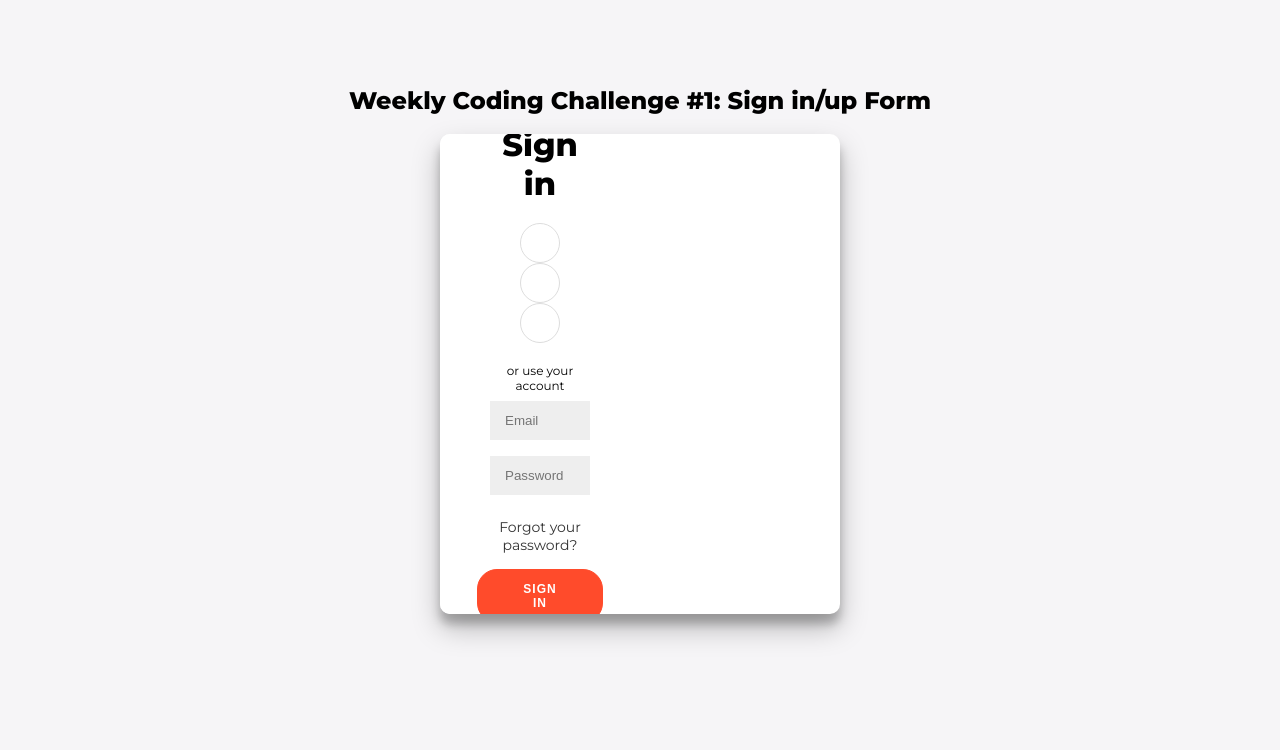
Repository: pvntlc/D-IT-Tech-Internship
Page: Servlet_JSP/Day4/src/main/webapp/login.html
These files come from the project's save history. The page is drawn as it stood at one moment and after the next save; the edit follows.
The browser window is 1280 px wide. The pictures show the whole page.

Above is the page before, as saved 2023-09-14 05:11:33.
Console error: TypeError: Cannot read properties of null (reading 'addEventListener')

### Servlet_JSP/Day4/src/main/webapp/login.html
<!DOCTYPE html>
<html>
<head>
<meta charset="UTF-8">
<title>Insert title here</title>
<style>
	@import url('https://fonts.googleapis.com/css?family=Montserrat:400,800');

* {
  box-sizing: border-box;
}
div{
	box-align: center;
}

body {
  background: #f6f5f7;
  display: flex;
  justify-content: center;
  align-items: center;
  flex-direction: column;
  font-family: 'Montserrat', sans-serif;
  height: 100vh;
  margin: -20px 0 50px;
}

h1 {
  font-weight: bold;
  margin: 0;
}

h2 {
  text-align: center;
}

p {
  font-size: 14px;
  font-weight: 100;
  line-height: 20px;
  letter-spacing: 0.5px;
  margin: 20px 0 30px;
}

span {
  font-size: 12px;
}

a {
  color: #333;
  font-size: 14px;
  text-decoration: none;
  margin: 15px 0;
}

button {
  border-radius: 20px;
  border: 1px solid #FF4B2B;
  background-color: #FF4B2B;
  color: #FFFFFF;
  font-size: 12px;
  font-weight: bold;
  padding: 12px 45px;
  letter-spacing: 1px;
  text-transform: uppercase;
  transition: transform 80ms ease-in;
}

button:active {
  transform: scale(0.95);
}

button:focus {
  outline: none;
}

button.ghost {
  background-color: transparent;
  border-color: #FFFFFF;
}

form {
  background-color: #FFFFFF;
  display: flex;
  align-items: center;
  justify-content: center;
  flex-direction: column;
  padding: 0 50px;
  height: 100%;
  text-align: center;
}

input {
  background-color: #eee;
  border: none;
  padding: 12px 15px;
  margin: 8px 0;
  width: 100%;
}

.container {
  background-color: #fff;
  border-radius: 10px;
    box-shadow: 0 14px 28px rgba(0,0,0,0.25),
      0 10px 10px rgba(0,0,0,0.22);
  position: relative;
  overflow: hidden;
  width: 400px;
  max-width: 100%;
  min-height: 480px;
}

.form-container {
  position: absolute;
  top: 0;
  height: 100%;
  transition: all 0.6s ease-in-out;
}

.sign-in-container {
  left: 0;
  width: 50%;
  z-index: 2;
}

.container.right-panel-active .sign-in-container {
  transform: translateX(100%);
}

.sign-up-container {
  left: 0;
  width: 100%;
  opacity: 0;
  z-index: 1;
}

.container.right-panel-active .sign-up-container {
  transform: translateX(100%);
  opacity: 1;
  z-index: 5;
  animation: show 0.6s;
}

@keyframes show {
  0%, 49.99% {
    opacity: 0;
    z-index: 1;
  }

  50%, 100% {
    opacity: 1;
    z-index: 5;
  }
}

.overlay-container {
  position: absolute;
  top: 0;
  left: 50%;
  width: 50%;
  height: 100%;
  overflow: hidden;
  transition: transform 0.6s ease-in-out;
  z-index: 100;
}

.container.right-panel-active .overlay-container{
  transform: translateX(-100%);
}

.overlay {
  background: #FF416C;
  background: -webkit-linear-gradient(to right, #FF4B2B, #FF416C);
  background: linear-gradient(to right, #FF4B2B, #FF416C);
  background-repeat: no-repeat;
  background-size: cover;
  background-position: 0 0;
  color: #FFFFFF;
  position: relative;
  left: -100%;
  height: 100%;
  width: 200%;
    transform: translateX(0);
  transition: transform 0.6s ease-in-out;
}

.container.right-panel-active .overlay {
    transform: translateX(50%);
}

.overlay-panel {
  position: absolute;
  display: flex;
  align-items: center;
  justify-content: center;
  flex-direction: column;
  padding: 0 40px;
  text-align: center;
  top: 0;
  height: 100%;
  width: 50%;
  transform: translateX(0);
  transition: transform 0.6s ease-in-out;
}

.overlay-left {
  transform: translateX(-20%);
}

.container.right-panel-active .overlay-left {
  transform: translateX(0);
}

.overlay-right {
  right: 0;
  transform: translateX(0);
}

.container.right-panel-active .overlay-right {
  transform: translateX(20%);
}

.social-container {
  margin: 20px 0;
}

.social-container a {
  border: 1px solid #DDDDDD;
  border-radius: 50%;
  display: inline-flex;
  justify-content: center;
  align-items: center;
  margin: 0 5px;
  height: 40px;
  width: 40px;
}

footer {
    background-color: #222;
    color: #fff;
    font-size: 14px;
    bottom: 0;
    position: fixed;
    left: 0;
    right: 0;
    text-align: center;
    z-index: 999;
}

footer p {
    margin: 10px 0;
}

footer i {
    color: red;
}

footer a {
    color: #3c97bf;
    text-decoration: none;
}
</style>
<script>
	const signUpButton = document.getElementById('signUp');
const signInButton = document.getElementById('signIn');
const container = document.getElementById('container');

signUpButton.addEventListener('click', () => {
  container.classList.add("right-panel-active");
});

signInButton.addEventListener('click', () => {
  container.classList.remove("right-panel-active");
});
</script>
</head>
<body>
<h2>Weekly Coding Challenge #1: Sign in/up Form</h2>
<div class="container" id="container">
  <div class="form-container sign-up-container">
    <form action="#">
      <h1>Create Account</h1>
      <div class="social-container">
        <a href="#" class="social"><i class="fab fa-facebook-f"></i></a>
        <a href="#" class="social"><i class="fab fa-google-plus-g"></i></a>
        <a href="#" class="social"><i class="fab fa-linkedin-in"></i></a>
      </div>
      <span>or use your email for registration</span>
      <input type="text" placeholder="Name" />
      <input type="email" placeholder="Email" />
      <input type="password" placeholder="Password" />
      <button>Sign Up</button>
    </form>
  </div>
  <div class="form-container sign-in-container">
    <form action="#">
      <h1>Sign in</h1>
      <div class="social-container">
        <a href="#" class="social"><i class="fab fa-facebook-f"></i></a>
        <a href="#" class="social"><i class="fab fa-google-plus-g"></i></a>
        <a href="#" class="social"><i class="fab fa-linkedin-in"></i></a>
      </div>
      <span>or use your account</span>
      <input type="email" placeholder="Email" />
      <input type="password" placeholder="Password" />
      <a href="#">Forgot your password?</a>
      <button>Sign In</button>
    </form>
  </div>
</div>
</body>
</html>

After the next save:
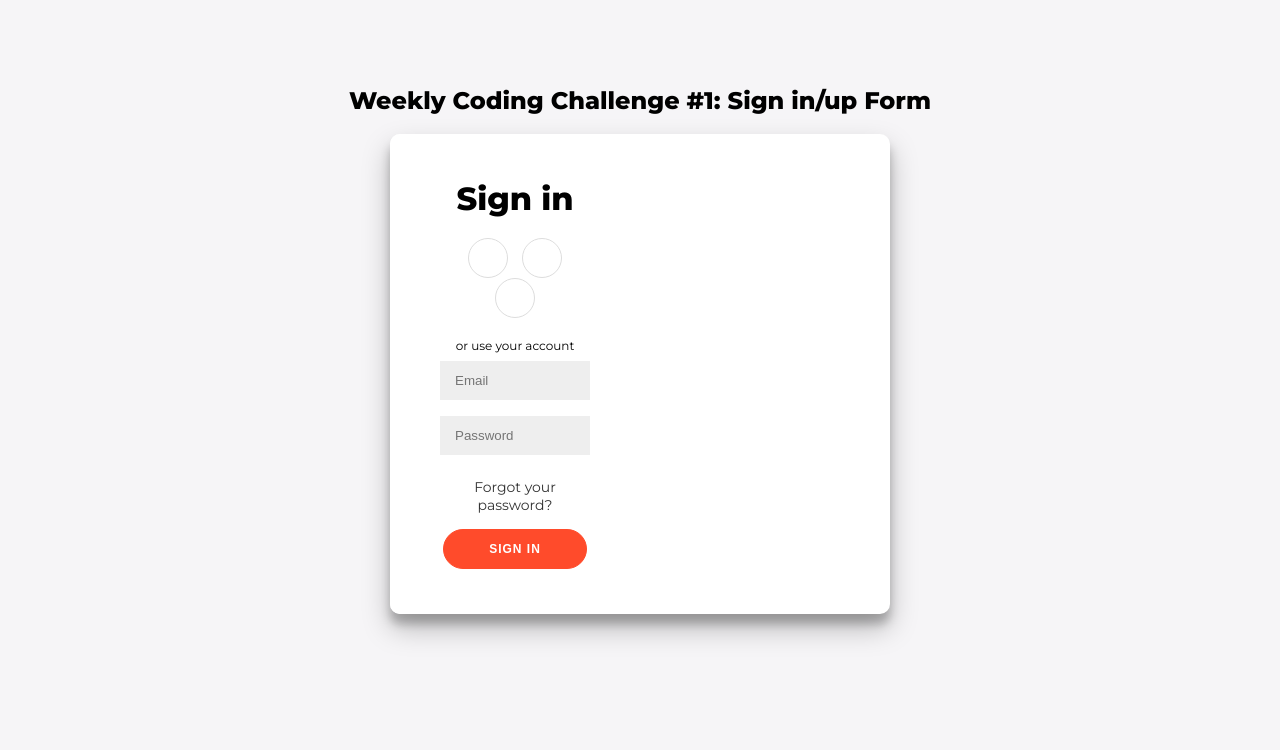
Saved 12 s later.
--- a/Servlet_JSP/Day4/src/main/webapp/login.html
+++ b/Servlet_JSP/Day4/src/main/webapp/login.html
@@ -104,7 +104,7 @@ input {
       0 10px 10px rgba(0,0,0,0.22);
   position: relative;
   overflow: hidden;
-  width: 400px;
+  width: 500px;
   max-width: 100%;
   min-height: 480px;
 }
